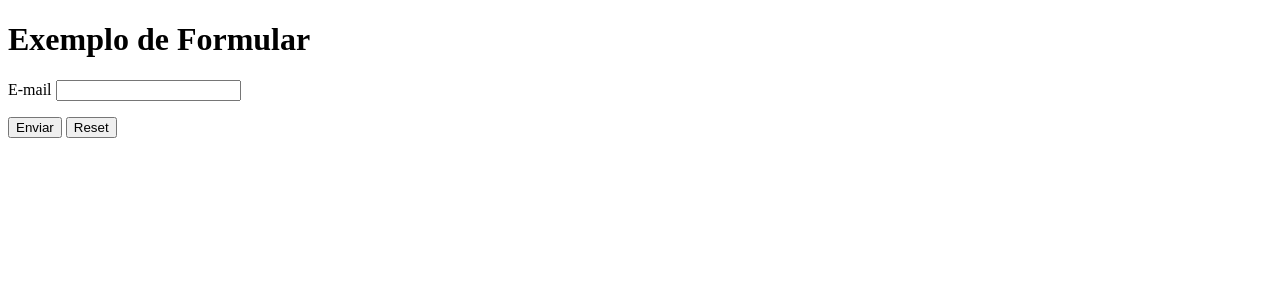
Repository: DorivalJunior14/exercicios
Page: ex025.html/form004.html
An editor plug-in stored every save of this project. The page is shown before and after a run of saves, followed by the edit.
The browser window is 1280 px wide. The pictures show the whole page.

Above is the page before, as saved 2022-07-20 17:45:54.

### ex025.html/form004.html
<!DOCTYPE html>
<html lang="pt-br">
<head>
    <meta charset="UTF-8">
    <meta name="viewport" content="width=device-width, initial-scale=1.0">
    <title>Formulario</title>
</head>
<body>
    <h1>Exemplo de Formular</h1>
    <form action="cadastro.php" method="get">
        <p>
            <label for="iemail">E-mail</label>
            <input type="email" name="email" id="iemail">
            <p>
                <input type="submit" value="Enviar">
                <input type="reset" val
            </p>
        </form>
</body>
</html>

After the next 2 saves:
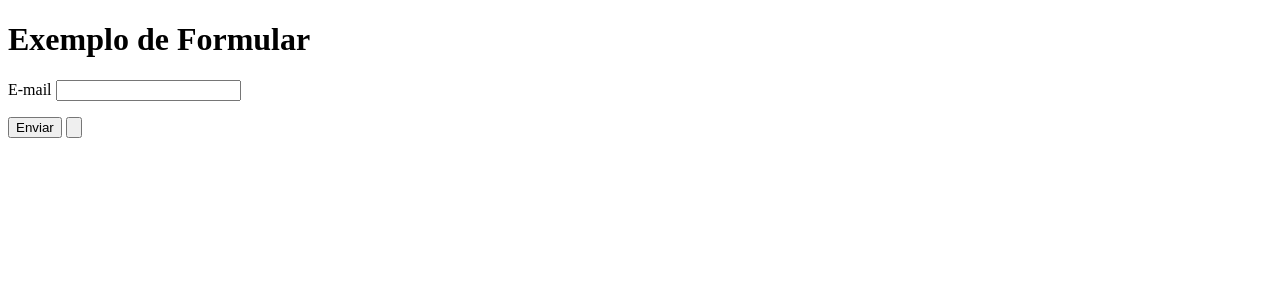
The 2 saves are shown as one change because they came seconds apart.
The last was saved 6 s later.
--- a/ex025.html/form004.html
+++ b/ex025.html/form004.html
@@ -13,7 +13,7 @@
             <input type="email" name="email" id="iemail">
             <p>
                 <input type="submit" value="Enviar">
-                <input type="reset" val
+                <input type="reset" value=""
             </p>
         </form>
 </body>
